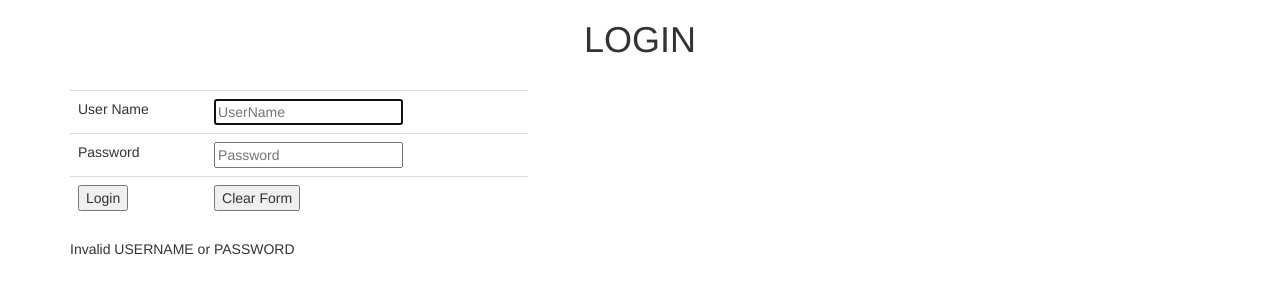
Repository: Kaustubh-Kallianpur/Practise-Programs
Page: http://localhost/pureJDBC/Login
The author's editor kept a copy of each file at every save. The page is drawn from the files as they stood at one save, then again after the next save.
The browser window is 1280 px wide. The pictures show the whole page.
The page is served by Tomcat 9. Queries for data that is not in the repository find no rows.

Above is the page before, as saved 2017-04-06 08:32:31.

After the next save:
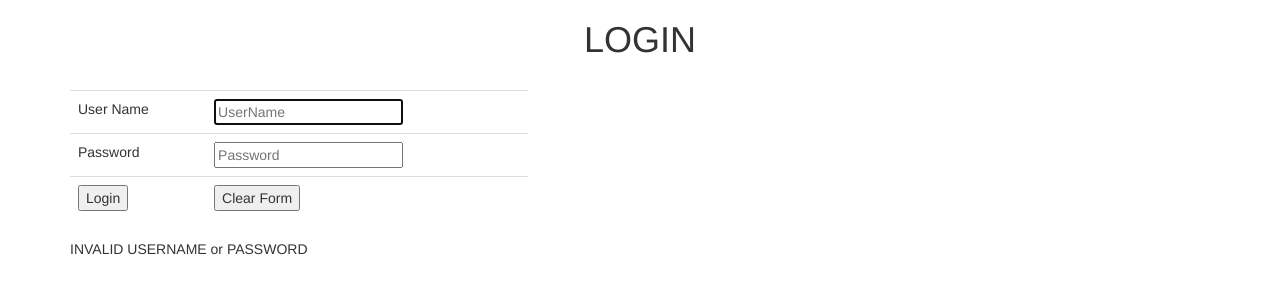
Saved 63 s later.
--- a/pureJDBC/src/main/java/controller/Login.java
+++ b/pureJDBC/src/main/java/controller/Login.java
@@ -34,13 +34,13 @@ public class Login extends HttpServlet
 			HttpSession session = request.getSession();
 			session.setAttribute("username", username);
 			session.setAttribute("LogIn", true);
-			request.setAttribute("loggedin", "You have successfully logged in "+username);
+			request.setAttribute("loggedin", "YOU HAVE LOGGED IN "+username);
 			RequestDispatcher rd = request.getRequestDispatcher("index.jsp");
 			rd.forward(request, response);
 		}
 		else
 		{
-			request.setAttribute("loggedin", "Invalid USERNAME or PASSWORD");
+			request.setAttribute("loggedin", "INVALID USERNAME or PASSWORD");
 			RequestDispatcher rd = request.getRequestDispatcher("login.jsp");
 			rd.forward(request, response);
 		}
